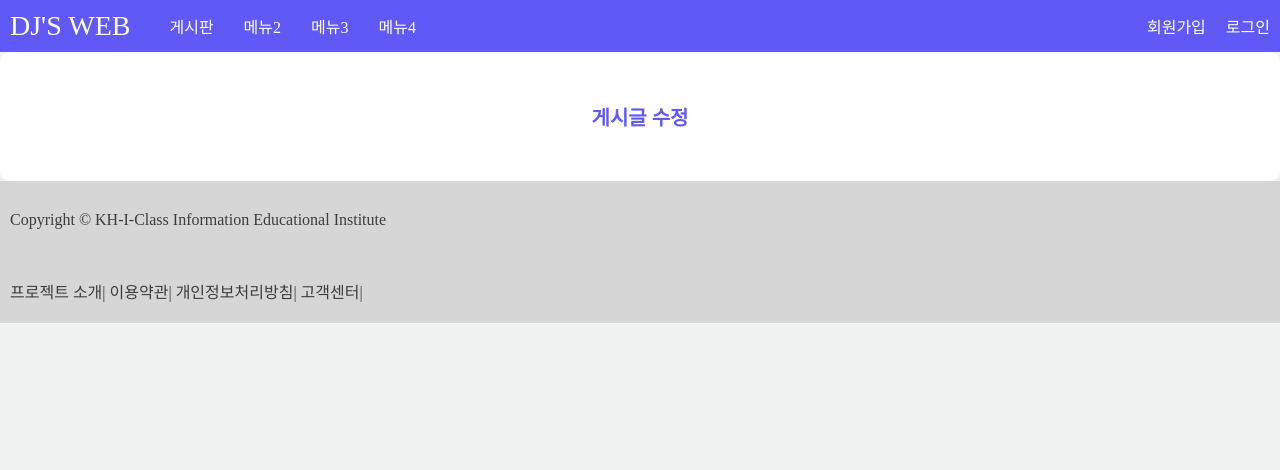
Repository: Godzilla-Man/codingStudy
Page: http://localhost/server_06_notice/notice/updateFrm
An editor plug-in stored every save of this project. The page is shown before and after the next save, followed by the edit.
The browser window is 1280 px wide. The pictures show the whole page.
Some web fonts or font styles are not loaded; a fallback is used. The page is served by Tomcat 9. Other server files are loaded and not shown. Queries for data that is not in the repository find no rows.

Above is the page before, as saved 2025-05-12 03:03:48.

### server_06_notice/src/main/webapp/WEB-INF/views/notice/updateFrm.jsp
<%@ page language="java" contentType="text/html; charset=UTF-8"
    pageEncoding="UTF-8"%>
<%@ taglib uri="http://java.sun.com/jsp/jstl/core" prefix="c" %>
<!DOCTYPE html>
<html>
<head>
<meta charset="UTF-8">
<title>게시글 정보 수정</title>
</head>
<body>
	<div class="wrap">
		<jsp:include page="/WEB-INF/views/common/header.jsp"></jsp:include>
		<main>
			<section class="section notice-update-wrap">
				<div class="page-title">게시글 수정</div>
			</section>
		</main>
		<jsp:include page="/WEB-INF/views/common/footer.jsp"></jsp:include>
	</div>
</body>
</html>

### server_06_notice/src/main/webapp/WEB-INF/views/common/header.jsp
<%@ page language="java" contentType="text/html; charset=UTF-8"
    pageEncoding="UTF-8"%>
<%@ taglib uri="http://java.sun.com/jsp/jstl/core" prefix="c" %>
<link rel="stylesheet" href="/resources/css/default.css">
<link href="https://fonts.googleapis.com/icon?family=Material+Icons" rel="stylesheet">
<script src="https://code.jquery.com/jquery-3.7.1.min.js"></script>
<script src="/resources/js/sweetalert.min.js"></script>

<header class="header">
	<div>
		<div class="logo">
			<a href="/">DJ'S WEB</a>
		</div>
		<nav class="nav">
			<ul>
				<li>
					<a href="/notice/getList?reqPage=1">게시판</a>
				</li>
				<li>
					<a href="#">메뉴2</a>
				</li>
				<li>
					<a href="#">메뉴3</a>
				</li>
				<li>
					<a href="#">메뉴4</a>
				</li>
			</ul>
		</nav>
		<ul class="user-menu">
			<%-- 세션에 로그인 회원 정보 등록 여부에 따라 다른 메뉴 출력 --%>
			<c:choose>
				<c:when test="${empty sessionScope.loginMember}">
					<li>
						<a href="/member/joinFrm">회원가입</a>
					</li>
					<li>
						<a href="/member/loginFrm">로그인</a>
					</li>
				</c:when>
				<c:otherwise>
					<li>
						<a href="/member/myPage">마이페이지</a>
					</li>
					<li>
						<a href="/member/logout">로그아웃</a>
					</li>
				</c:otherwise>
			</c:choose>
		</ul>
	</div>
</header>

### server_06_notice/src/main/webapp/WEB-INF/views/common/footer.jsp
<%@ page language="java" contentType="text/html; charset=UTF-8"
    pageEncoding="UTF-8"%>
<footer class="footer">
	<div>
		<p>Copyright &copy; KH-I-Class Information Educational Institute</p>
	</div>
	<div>
		<a href="#">프로젝트 소개</a><span>|</span>
		<a href="#">이용약관</a><span>|</span>
		<a href="#">개인정보처리방침</a><span>|</span>
		<a href="#">고객센터</a><span>|</span>
	</div>
</footer>

### server_06_notice/src/main/java/kr/or/iei/notice/controller/UpdateFrmServlet.java
package kr.or.iei.notice.controller;

import java.io.IOException;

import javax.servlet.RequestDispatcher;
import javax.servlet.ServletException;
import javax.servlet.annotation.WebServlet;
import javax.servlet.http.HttpServlet;
import javax.servlet.http.HttpServletRequest;
import javax.servlet.http.HttpServletResponse;

import kr.or.iei.notice.model.service.NoticeService;
import kr.or.iei.notice.model.vo.Notice;

/**
 * Servlet implementation class UpdateFrmServlet
 */
@WebServlet("/notice/updateFrm")
public class UpdateFrmServlet extends HttpServlet {
	private static final long serialVersionUID = 1L;

    /**
     * @see HttpServlet#HttpServlet()
     */
    public UpdateFrmServlet() {
        super();
        // TODO Auto-generated constructor stub
    }

	/**
	 * @see HttpServlet#doGet(HttpServletRequest request, HttpServletResponse response)
	 */
	protected void doGet(HttpServletRequest request, HttpServletResponse response) throws ServletException, IOException {
		//1. 인코딩
		//2. 값 추출 - 게시글 번호
		String noticeNo = request.getParameter("noticeNo");
		//3. 로직 - 게시글 1개 정보 조회
		NoticeService service = new NoticeService();
		Notice notice = service.selectOneNotice(noticeNo, true); //상세보기 이동 시, 정의했던 메소드 재사용

		//4. 결과 처리
		//4.1 이동 페이지 경로 지정
		RequestDispatcher view = request.getRequestDispatcher("/WEB-INF/views/notice/updateFrm.jsp");
		//4.2 화면 구현에 필요한 데이터 등록
		request.setAttribute("notice", notice);
		//4.3 페이지 이동
		view.forward(request, response);
	}

	/**
	 * @see HttpServlet#doPost(HttpServletRequest request, HttpServletResponse response)
	 */
	protected void doPost(HttpServletRequest request, HttpServletResponse response) throws ServletException, IOException {
		// TODO Auto-generated method stub
		doGet(request, response);
	}

}

### server_06_notice/src/main/java/kr/or/iei/notice/model/service/NoticeService.java
package kr.or.iei.notice.model.service;

import java.sql.Connection;
import java.util.ArrayList;

import kr.or.iei.common.JDBCTemplate;
import kr.or.iei.common.ListData;
import kr.or.iei.notice.model.dao.NoticeDao;
import kr.or.iei.notice.model.vo.Notice;
import kr.or.iei.notice.model.vo.NoticeFile;

public class NoticeService {

	private NoticeDao dao;

	public NoticeService() {
		dao = new NoticeDao();
	}

	public ListData<Notice> selectNoticeList(int reqPage) {
		Connection conn = JDBCTemplate.getConnection();

		//한 페이지에 보여줄 게시글의 갯수
		int viewNoticeCnt = 10;

		//시작 행번호(start)와 끝 행번호(end)를  요청 페이지 번호(reqPage)에 따라 연산

		/*
		 *  reqPage == 1, start ==1, end == 10
		 *  reqPage == 2, start ==11, end == 20
		 *  reqPage == 3, start ==21, end == 30
		 *  reqPage == 4, start ==31, end == 40
		 *  .
		 *  .
		 */
		int end = reqPage * viewNoticeCnt;
		int start = end - viewNoticeCnt + 1;


		ArrayList<Notice> list = dao.selectNoticeList(conn, start, end);

		//페이지네이션 작업 < 1 2 3 4 5 6 7 >

		//전체 게시글 갯수 조회(totCnt)
		int totCnt = dao.selectTotalCount(conn);

		//전체 페이지 갯수(totPage)
		/*
		 * totCnt == 23개 == 3개 페이지
		 * totCnt == 29개 == 3개 페이지
		 * totCnt == 60개 == 6개 페이지
		 * totCnt == 100개 == 10개 페이지
		 * totCnt == 101개 == 11개 페이지
		 *
		 * 전체 게시글 갯수를 한 페이지에 보여줄 게시글 갯수로 나누었을 때,
		 * 나머지가 존재한다면 나머지 게시글을 보여줄 페이지가 1개 더 필요.
		 */

		int totPage = 0;
		if(totCnt % viewNoticeCnt > 0) { //나머지 구하는 수식으로 페이지네이션 구성
			totPage = totCnt / viewNoticeCnt + 1;
		}else {
			totPage = totCnt / viewNoticeCnt;
		}

		//페이지네이션 사이즈 1 2 3 4 5
		int pageNaviSize = 5; //페이지 번호의 사이즈 -> 몇개를 보여줄 것인지

		/*
		 * ((3-1) / 5) * 5 + 1 -> 1페이지
		 * ((7-1) / 5) * 5 + 1 -> 6페이지
		 * ((14-1) / 5) * 5 + 1 -> 11페이지
		 */
		//페이지네이션의 시작 번호 (1,2,3,4,5 그룹이면 1이고, 6,7,8,9,10 그룹이면 6이고 11,12,13,14,15, 그룹이면 11)
		int pageNo = ((reqPage-1) / pageNaviSize) * pageNaviSize + 1;

		//페이지 하단에 보여줄 페이지네이션 HTML 코드 작성
		String pageNavi = "<ul class='pagination circle-style'>";

		//이전 버튼
		if(pageNo != 1) {
			pageNavi += "<li>";
			pageNavi += "<a class='page-item' href='/notice/getList?reqPage=" + (pageNo - 1) + "'>";
			pageNavi += "<span class='material-icons'>chevron_left</span>";
			pageNavi += "</a></li>";
		}

		for(int i=0; i<pageNaviSize; i++) {
			pageNavi += "<li>";

			//페이지 번호 작성 중, 사용자가 요청한 페이지 일 때 클래스를 다르게 지정하여 시각적인 효과
			if(pageNo == reqPage) {
				pageNavi += "<a class='page-item active-page' href='/notice/getList?reqPage=" + pageNo + "'>";
			}else {
				pageNavi += "<a class='page-item' href='/notice/getList?reqPage=" + pageNo + "'>";
			}

			pageNavi += pageNo; //시작태그와 종료 태그 사이에 작성되는 값
			pageNavi += "</a></li>";
			pageNo++;

			//설정한 pageNaviSize만큼 항상 그리지 않고, 마지막 페이지 그렸으면 더 이상 생성하지 않도록 처리
			//ex) 총 게시글 갯수가 130개면, 13개 페이지가 그려져야 함. 근데 pageNaviSize만큼 반복문 처리하면 11, 12, 13, 14, 15까지 모두 그려진다.. 13까지만 그리고 반복문 종료
			if(pageNo > totPage) {
				break;
			}
		}

		//다음 버튼
		if(pageNo <= totPage) {
			pageNavi += "<li>";
			pageNavi += "<a class='page-item' href='/notice/getList?reqPage=" + pageNo + "'>";
			pageNavi += "<span class='material-icons'>chevron_right</span>";
			pageNavi += "</a></li>";
		}

		pageNavi +="</ul>";

		/*
		 * 서블릿으로 리턴해야되는 값 => 게시글 리스트(list)와 페이지 하단에 보여줄 페이지네이션(pageNavi)
		 * 자바에서 메소드는 하나의 값만을 리턴할 수 있음. => 2개의 값을 저장할 수 있는 객체 ListData 생성
		 */

		ListData<Notice> listdata = new ListData<Notice>();
		listdata.setList(list);
		listdata.setPageNavi(pageNavi);

		JDBCTemplate.close(conn);
		return listdata;
	}

	public int insertNotice(Notice notice, ArrayList<NoticeFile> fileList) {
		Connection conn = JDBCTemplate.getConnection();

		/* 현재 기능은 등록 == insert임.
		 * 대상 테이블은 tbl_notice(게시판), tbl_notice_file(게시판의 파일)
		 * 	- 부모 테이블 : tbl_notice
		 *  - 자식 테이블 : tbl_notice_file
		 *
		 *  부모 테이블의 데이터가 존재해야, 자식 테이블에 INSERT가 가능함.
		 *  즉, tbl_notice에 insert가 먼저 수행되어야 함.
		 *
		 *  (1)게시글 번호 조회 select Query
		 *
		 *  (2)tbl_notice에 insert Query
		 *  insert into tbl_notice values(?, ?, ?, ?, sysdate, default);
		 *
		 *  (3)tbl_notice_file insert Query
		 *  insert into tbl_notice_file values(seq_notice_file.nextval, ?, 4, '0')
		 *
		 */

		//(1) 게시글 번호 조회. 아래 (2)와 (3)에서 동일한 게시글 번호를 공유해야 하므로 선 조회
		String noticeNo = dao.selectNoticeNo(conn);

		notice.setNoticeNo(noticeNo);

		//(2) tbl_notice에 insert(게시글 정보 선등록)
		int result = dao.insertNotice(conn, notice);

		if(result > 0) {
			for(NoticeFile file : fileList) {
				file.setNoticeNo(noticeNo); //(1)에서 조회한 게시글 번호

				//(3) tbl_notice_file에 insert(게시글에 대한 파일 등록)
				result = dao.insertNoticeFile(conn, file);

				//파일 정보 등록 중, 정상 수행되지 않았을 경우 모두 롤백처리하고, 메소드 종료
				if(result < 1) {
					JDBCTemplate.rollback(conn);
					JDBCTemplate.close(conn);
					return 0;
				}
			}
		}else {
			JDBCTemplate.rollback(conn);
		}

		JDBCTemplate.close(conn);

		return result;
	}

	public Notice selectOneNotice(String noticeNo, boolean updChk) {
		Connection conn = JDBCTemplate.getConnection();

		/*
		 * 게시글 상세 조회
		 * (1) 게시글 정보 조회 tbl_notice select
		 * (2) 게시글에 대한 파일 정보 조회
		 * (3) 게시글 조회수 업데이트
		 *
		 */

		//(1) 게시글 정보 조회
		Notice notice = dao.selectOneNotice(conn, noticeNo);

		if(notice != null) {
			//(3) 게시글 조회수 업데이트
			int result = 0;


			/*
			 * updChk == true : 상세보기 이동 시 호출 => 이때만 조회 수 업데이트
			 * updChk == false : 수정하기로 이동 시 호출
			 */
			if(updChk) {
				result = dao.updateReadCount(conn, noticeNo);
			}

			if(result > 0 || !updChk) {
				JDBCTemplate.commit(conn);

				ArrayList<NoticeFile> fileList = dao.selectNoticeFileList(conn, noticeNo);
				notice.setFileList(fileList);

			}else {
				JDBCTemplate.rollback(conn);
			}
		}

		return notice;
	}

	public ArrayList<NoticeFile> deleteNotice(String noticeNo) {
		Connection conn = JDBCTemplate.getConnection();
		/*
		 * 1. DB 게시글 정보 삭제
		 * 2. DB 게시글에 대한 파일 정보 삭제 -> 테이블 생성 시, 삭제 옵션이 CASCADE로 지정되어 (1) 수행 시, 자동으로 삭제된다.
		 * 3. 서버에 있는 파일 삭제를 위해, SELECT
		 *
		 * 1. 서버에 있는 파일 삭제를 위해, TBL_NOTICE_FILE에서 SELECT
		 * 2. DB 게시글 정보 삭제
		 *
		 */

		//1. 서버에 있는 파일 삭제를 위해, TBL_NOTICE_FILE에서 SELECT
		ArrayList<NoticeFile> delFileList =  dao.selectNoticeFileList(conn, noticeNo);

		//2. DB게시글 정보 삭제
		int result = dao.deleteNotice(conn,noticeNo);

		if(result > 0) {
			JDBCTemplate.commit(conn);
			return delFileList;
		}else {
			JDBCTemplate.rollback(conn);
			JDBCTemplate.close(conn);
			return null; //비정상 삭제 시, 서버에서 파일이 삭제되지 않도록 null 리턴
		}
	}
}

### server_06_notice/src/main/java/kr/or/iei/notice/model/dao/NoticeDao.java
package kr.or.iei.notice.model.dao;

import java.sql.Connection;
import java.sql.PreparedStatement;
import java.sql.ResultSet;
import java.sql.SQLException;
import java.util.ArrayList;

import kr.or.iei.common.JDBCTemplate;
import kr.or.iei.notice.model.vo.Notice;
import kr.or.iei.notice.model.vo.NoticeFile;

public class NoticeDao {

	public ArrayList<Notice> selectNoticeList(Connection conn, int start, int end) {
		PreparedStatement pstmt = null;
		ResultSet rset = null;

		ArrayList<Notice> list = new ArrayList<Notice>();

		//목록 페이지에서는 일부 정보만 표기하기 위해, 모든 컬럼 조회 X. 작성일 기준 내림차순(가장 최신글이 상단에 보이도록)
		String query = "SELECT NOTICE_NO, NOTICE_TITLE,(SELECT MEMBER_ID FROM TBL_MEMBER wHERE member_no = NOTICE_WRITER) AS NOTICE_WRITER,NOTICE_DATE,READ_COUNT FROM(SELECT ROWNUM RNUM, A.*FROM(SELECT *\r\n"
				+ "              FROM TBL_NOTICE A\r\n"
				+ "             ORDER BY NOTICE_DATE DESC\r\n"
				+ "           ) A\r\n"
				+ "     )\r\n"
				+ " WHERE RNUM >= ? AND RNUM <= ?";


		try {
			pstmt = conn.prepareStatement(query);

			pstmt.setInt(1,  start);
			pstmt.setInt(2, end);

			rset = pstmt.executeQuery();

			while(rset.next()) {
				Notice n = new Notice();
				n.setNoticeNo(rset.getString("notice_no")); //목록에서 클릭하면 상세보기로 이동하기 위해
				n.setNoticeTitle(rset.getString("notice_title"));
				n.setNoticeWriter(rset.getString("notice_writer"));
				n.setNoticeDate(rset.getString("notice_date"));
				n.setReadCount(rset.getInt("read_count"));

				list.add(n);
			}
		} catch (SQLException e) {
			// TODO Auto-generated catch block
			e.printStackTrace();
		} finally {
			JDBCTemplate.close(rset);
			JDBCTemplate.close(pstmt);
		}

		return list;
	}

	public int selectTotalCount(Connection conn) {
		PreparedStatement pstmt = null;
		ResultSet rset = null;

		int totCnt = 0;

		String query = "select count(*) as cnt from tbl_notice";

		try {
			pstmt = conn.prepareStatement(query);
			rset = pstmt.executeQuery();
			rset.next();
			totCnt = rset.getInt("cnt");

		} catch (SQLException e) {
			// TODO Auto-generated catch block
			e.printStackTrace();
		} finally {
			JDBCTemplate.close(rset);
			JDBCTemplate.close(pstmt);;
		}

		return totCnt;
	}

	public String selectNoticeNo(Connection conn) {
		PreparedStatement pstmt = null;
		ResultSet rset = null;

		String noticeNo = "";

		String query = "select to_char(sysdate, 'yymmdd') || lpad(seq_notice.nextval, 4, '0') notice_no from dual";

		try {
			pstmt = conn.prepareStatement(query);
			rset = pstmt.executeQuery();

			if(rset.next()) {
				noticeNo = rset.getString("notice_no");
			}

		} catch (SQLException e) {
			// TODO Auto-generated catch block
			e.printStackTrace();
		} finally {
			JDBCTemplate.close(rset);
			JDBCTemplate.close(pstmt);
		}
		return noticeNo;
	}

	public int insertNotice(Connection conn, Notice notice) {
		PreparedStatement pstmt = null;

		int result = 0;

		String query = "insert into tbl_notice values (?, ?, ?, ?, sysdate, default)";

		try {
			pstmt = conn.prepareStatement(query);

			pstmt.setString(1, notice.getNoticeNo());
			pstmt.setString(2, notice.getNoticeTitle());
			pstmt.setString(3, notice.getNoticeContent());
			pstmt.setString(4, notice.getNoticeWriter());

			result = pstmt.executeUpdate();
		} catch (SQLException e) {
			// TODO Auto-generated catch block
			e.printStackTrace();
		} finally {
			JDBCTemplate.close(pstmt);
		}

		return result;
	}

	public int insertNoticeFile(Connection conn, NoticeFile file) {
		PreparedStatement pstmt = null;

		int result = 0;

		String query = "insert into tbl_notice_file values(seq_notice_file.nextval, ?, ?, ?)";

		try {
			pstmt = conn.prepareStatement(query);

			pstmt.setString(1, file.getNoticeNo());
			pstmt.setString(2, file.getFileName());
			pstmt.setString(3, file.getFilePath());

			result = pstmt.executeUpdate();
		} catch (SQLException e) {
			// TODO Auto-generated catch block
			e.printStackTrace();
		} finally {
			JDBCTemplate.close(pstmt);
		}
		return result;
	}

	public Notice selectOneNotice(Connection conn, String noticeNo) {
		PreparedStatement pstmt = null;
		ResultSet rset = null;

		Notice notice = null;

		String query = "select notice_title, notice_content, notice_date, read_count, (select member_id from tbl_member where member_no = notice_writer) as notice_writer from tbl_notice where notice_no = ?";

		try {
			pstmt = conn.prepareStatement(query);
			pstmt.setString(1, noticeNo);
			rset = pstmt.executeQuery();

			if(rset.next()) {
				notice = new Notice();
				notice.setNoticeNo(noticeNo);
				notice.setNoticeTitle(rset.getString("notice_title"));
				notice.setNoticeContent(rset.getString("notice_content"));
				notice.setNoticeWriter(rset.getString("notice_writer"));
				notice.setNoticeDate(rset.getString("notice_date"));
				notice.setReadCount(rset.getInt("read_count"));
			}
		} catch (SQLException e) {
			// TODO Auto-generated catch block
			e.printStackTrace();
		} finally {
			JDBCTemplate.close(rset);
			JDBCTemplate.close(pstmt);
		}
		return notice;
	}

	public int updateReadCount(Connection conn, String noticeNo) {
		PreparedStatement pstmt = null;

		int result = 0;

		String query = "update tbl_notice set read_count = read_count + 1 where notice_no = ?";

		try {
			pstmt = conn.prepareStatement(query);
			pstmt.setString(1, noticeNo);
			result = pstmt.executeUpdate();
		} catch (SQLException e) {
			// TODO Auto-generated catch block
			e.printStackTrace();
		} finally {
			JDBCTemplate.close(pstmt);
		}

		return result;
	}

	public ArrayList<NoticeFile> selectNoticeFileList(Connection conn, String noticeNo) {
		PreparedStatement pstmt = null;
		ResultSet rset = null;

		ArrayList<NoticeFile> fileList = new ArrayList<NoticeFile>();

		String query = "select * from tbl_notice_file where notice_no = ?";

		try {
			pstmt = conn.prepareStatement(query);
			pstmt.setString(1, noticeNo);
			rset = pstmt.executeQuery();

			while(rset.next()) {
				NoticeFile file = new NoticeFile();
				file.setFileNo(rset.getInt("file_no"));
				file.setNoticeNo(noticeNo);
				file.setFileName(rset.getString("file_name"));
				file.setFilePath(rset.getString("file_path"));

				fileList.add(file);
			}
		} catch (SQLException e) {
			// TODO Auto-generated catch block
			e.printStackTrace();
		} finally {
			JDBCTemplate.close(rset);
			JDBCTemplate.close(pstmt);
		}

		return fileList;
	}

	public int deleteNotice(Connection conn, String noticeNo) {

		PreparedStatement pstmt = null;

		int result = 0;

		String query = "delete from tbl_notice where notice_no = ?";

		try {
			pstmt = conn.prepareStatement(query);
			pstmt.setString(1, noticeNo);
			result = pstmt.executeUpdate();
		} catch (SQLException e) {
			// TODO Auto-generated catch block
			e.printStackTrace();
		} finally {
			JDBCTemplate.close(pstmt);
		}
		return result;
	}
}

### server_06_notice/src/main/java/kr/or/iei/common/JDBCTemplate.java
package kr.or.iei.common;

import java.sql.Connection;
import java.sql.DriverManager;
import java.sql.PreparedStatement;
import java.sql.ResultSet;
import java.sql.SQLException;

public class JDBCTemplate {

	public static Connection getConnection() {
		Connection conn = null;

		try {
			Class.forName("oracle.jdbc.driver.OracleDriver");
			conn = DriverManager.getConnection("jdbc:oracle:thin:@127.0.0.1:1521:xe","server_notice","1234"); //DB계정 정보 입력
			conn.setAutoCommit(false); //자동 커밋 방지. 트랜잭션 관리는 서비스 계층에서 처리.
		} catch (ClassNotFoundException e) {
			// TODO Auto-generated catch block
			e.printStackTrace();
		} catch (SQLException e) {
			// TODO Auto-generated catch block
			e.printStackTrace();
		}
		return conn;
	}

	public static void close(Connection conn) {
			try {
				if(conn != null && !conn.isClosed()) {
				conn.close();
				}
			} catch (SQLException e) {
				// TODO Auto-generated catch block
				e.printStackTrace();

		}
	}
	public static void close(PreparedStatement pstmt) {
		try {
			if(pstmt != null && !pstmt.isClosed()) {
			pstmt.close();
			}
		} catch (SQLException e) {
			// TODO Auto-generated catch block
			e.printStackTrace();

		}
	}
	public static void close(ResultSet rset) {
		try {
			if(rset != null && !rset.isClosed()) {
			rset.close();
			}
		} catch (SQLException e) {
			// TODO Auto-generated catch block
			e.printStackTrace();

		}
	}
	public static void commit(Connection conn) {
		try {
			if(conn != null && !conn.isClosed()) {
			conn.commit();
			}
		} catch (SQLException e) {
			// TODO Auto-generated catch block
			e.printStackTrace();
		}
	}
	public static void rollback(Connection conn) {
		try {
			if(conn != null && !conn.isClosed()) {
			conn.rollback();
			}
		} catch (SQLException e) {
			// TODO Auto-generated catch block
			e.printStackTrace();
		}
	}
}

Loaded but not shown: server_06_notice/src/main/webapp/resources/js/sweetalert.min.js (library); server_06_notice/src/main/webapp/resources/css/default.css (533 lines, source omitted)

After the next save:
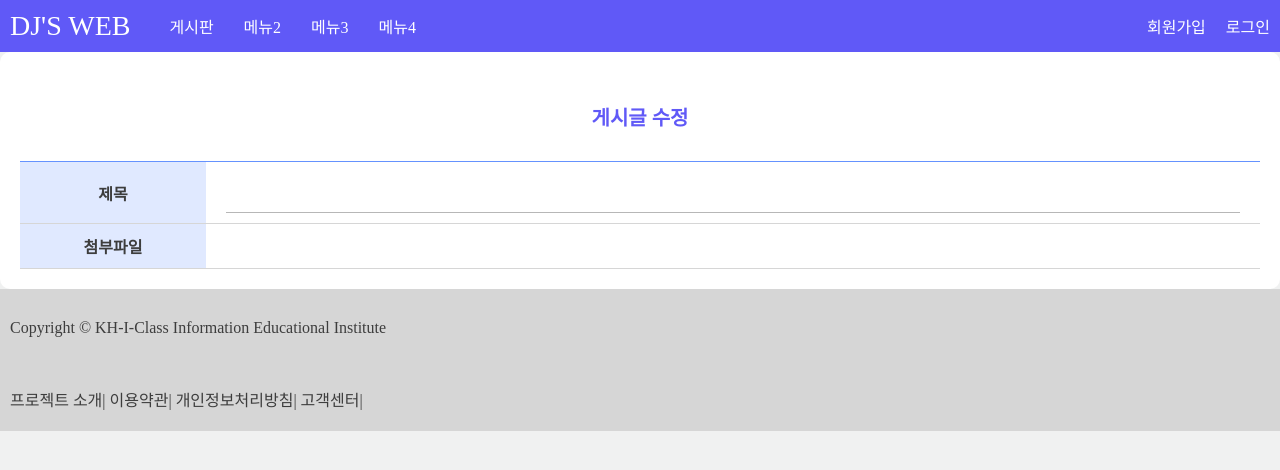
Saved 5 min 9 s later.
--- a/server_06_notice/src/main/webapp/WEB-INF/views/notice/updateFrm.jsp
+++ b/server_06_notice/src/main/webapp/WEB-INF/views/notice/updateFrm.jsp
@@ -13,6 +13,32 @@
 		<main>
 			<section class="section notice-update-wrap">
 				<div class="page-title">게시글 수정</div>
+				<form action="/notice/update" method="post" enctype="multipart/form-data">
+					<input type="hidden" name="noticeNo" value="${notice.noticeNo}">
+					<table class="tbl">
+						<tr>
+							<th style="width:15%;">제목</th>
+							<td>
+								<div class="input-item">
+									<input type="text" name="noticeTitle" value="${notice.noticeTitle}">
+								</div>
+							</td>
+						</tr>
+						<tr>
+							<th>첨부파일</th>
+							<td>
+								<div class="left">
+									<c:forEach var="file" items="${notice.fileList}">
+										<div class="files">
+											<span class="delFileName">${file.fileName}</span>
+											<span class="material-icons delBtn">remove_circle</span>
+										</div>
+									</c:forEach>
+								</div>
+							</td>
+						</tr>
+					</table>
+				</form>
 			</section>
 		</main>
 		<jsp:include page="/WEB-INF/views/common/footer.jsp"></jsp:include>
